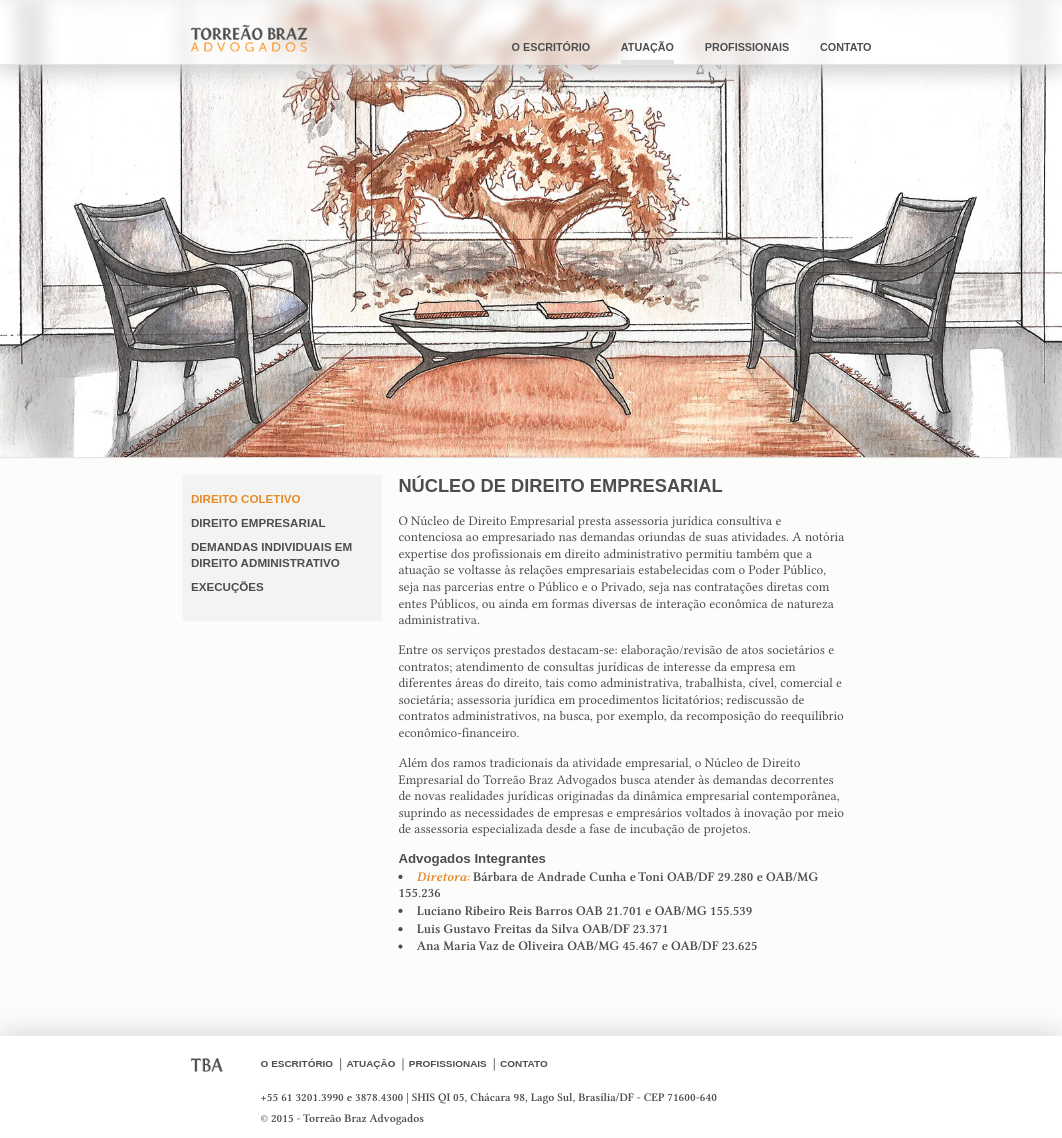
Repository: flira/torreao-braz
Page: dev/atuacao.html
The author's editor kept a record of every edit. The page is drawn from the files as they stood at one moment, then again after the next edit.
The browser window is 1280 px wide. The pictures show the whole page, at 83% of full size.
Some web libraries are served in a nearby version.

Above is the page before.

After the next edit:
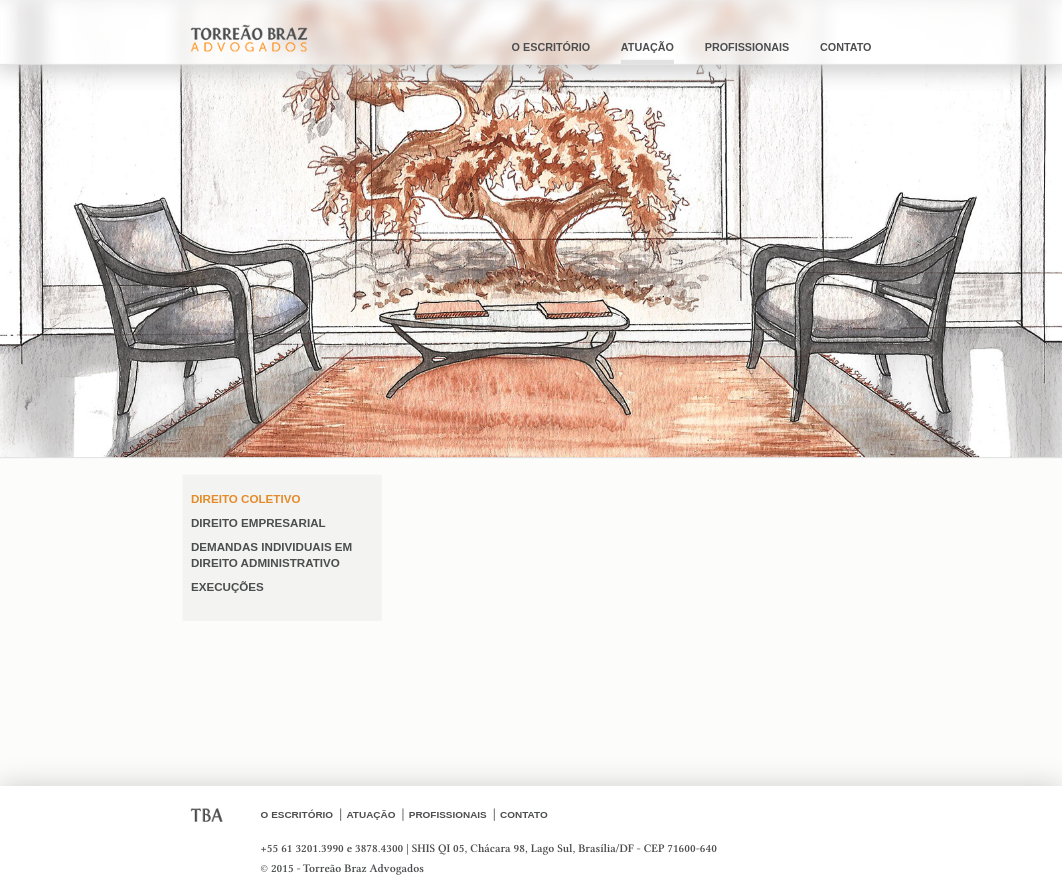
The edit:
--- a/dev/atuacao.html
+++ b/dev/atuacao.html
@@ -51,7 +51,7 @@
         <li><a href="#item-4">Execuções</a></li>
       </ul>
       <div class="options-content">
-        <div id="item-1" class="selected">
+        <div id="item-1">
           <h1>Núcleo de Direito Empresarial</h1>
           <p>O Núcleo de Direito Empresarial presta assessoria jurídica consultiva e contenciosa ao empresariado nas demandas oriundas de suas atividades. A notória expertise dos profissionais em direito administrativo permitiu também que a atuação se voltasse às relações empresariais estabelecidas com o Poder Público, seja nas parcerias entre o Público e o Privado, seja nas contratações diretas com entes Públicos, ou ainda em formas diversas de interação econômica de natureza administrativa.</p>
           <p>Entre os serviços prestados destacam-se: elaboração/revisão de atos societários e contratos; atendimento de consultas jurídicas de interesse da empresa em diferentes áreas do direito, tais como administrativa, trabalhista, cível, comercial e societária; assessoria jurídica em procedimentos licitatórios; rediscussão de contratos administrativos, na busca, por exemplo, da recomposição do reequilíbrio econômico-financeiro.</p>
